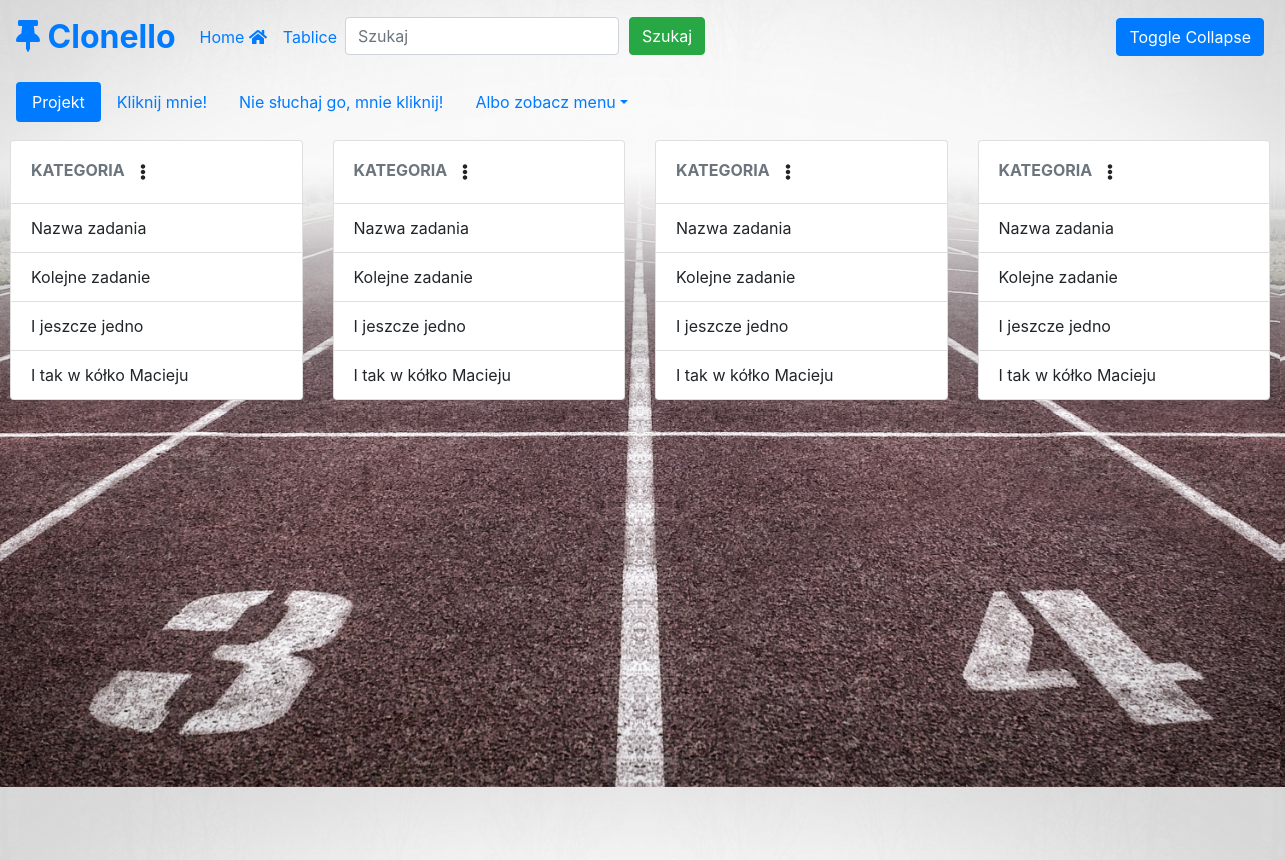
Repository: jnehlt/PAW-lab
Page: / (app in Frontend/clonello/)
These files come from the project's save history. The page is drawn as it stood at one moment and after a run of saves; the edit follows.
The browser window is 1280 px wide. The page is 1285 px wide, so the pictures cover 1285 px, including what lies to the right of the window. The pictures show the whole page.
The project was rebuilt for these pictures with package versions that can differ from the ones it lists, and the page was loaded fresh each time.

Above is the page before, as saved 2020-04-24 22:36:03.

After the next 2 saves:
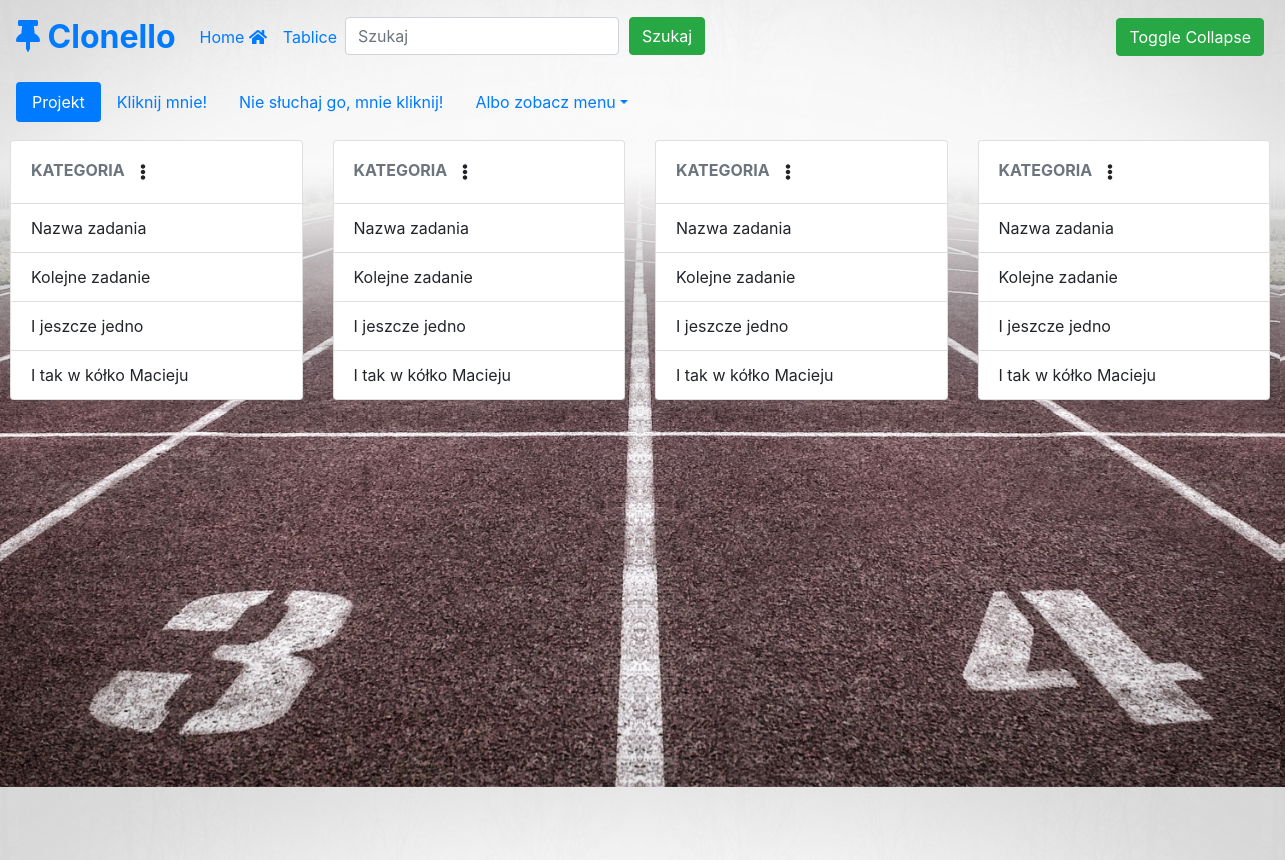
The 2 saves are shown as one change because they came seconds apart.
The last was saved 49 s later.
--- a/Frontend/clonello/src/components/TopHeader.vue
+++ b/Frontend/clonello/src/components/TopHeader.vue
@@ -22,7 +22,7 @@
         </ul>
         <ul class="navbar-right navbar-nav">
           <li>
-            <b-button v-b-toggle.collapse-1 variant="primary">Toggle Collapse</b-button>
+            <b-button v-b-toggle.collapse-1 variant="success">Toggle Collapse</b-button>
             <b-collapse id="collapse-1" class="mt-2">
               <b-card>
                 <p class="card-text">Collapse contents Here</p>
